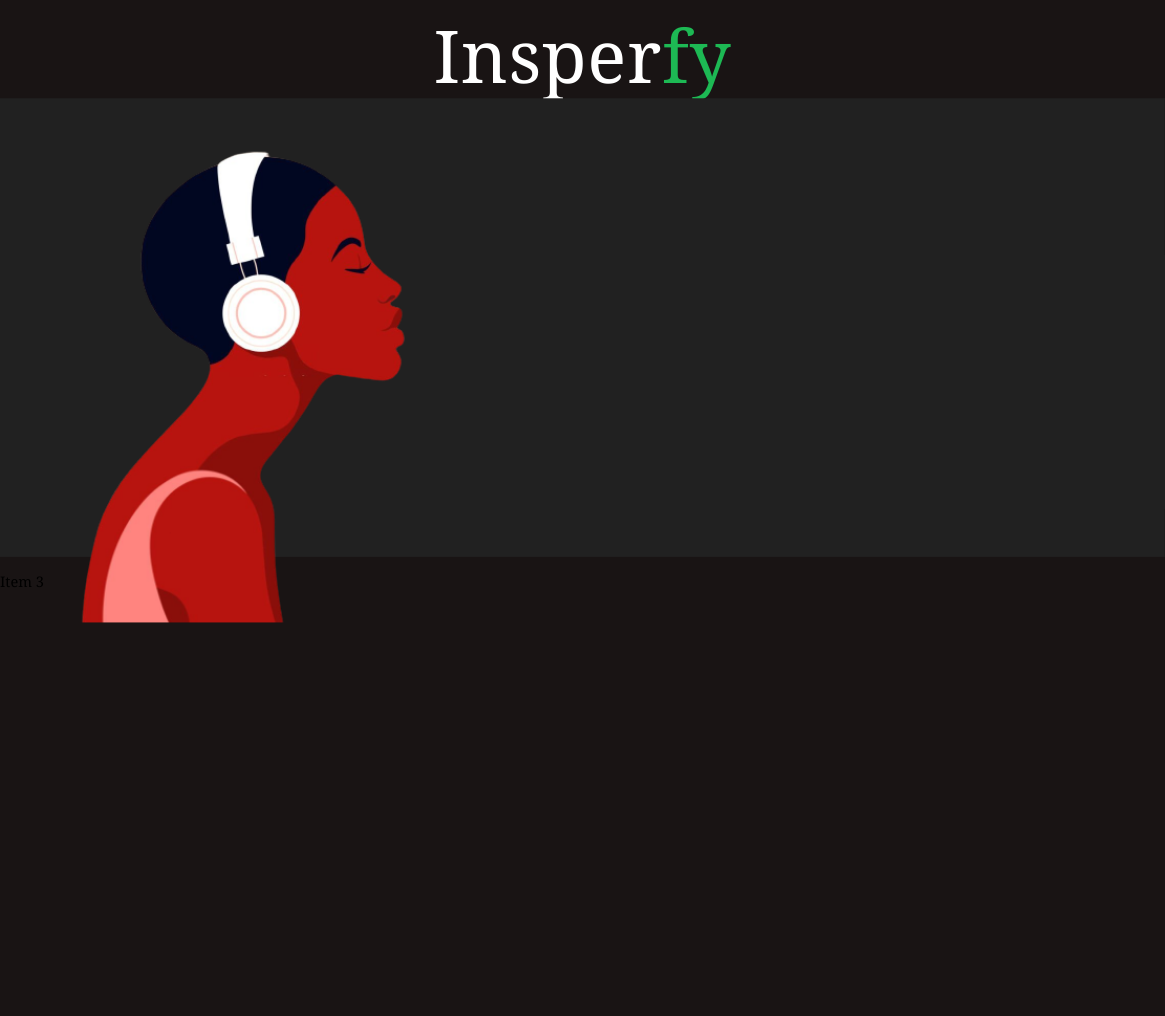
Repository: insper-tecnologias-web/projeto-3-projeto-3
Page: / (app in insperfy/)
An editor plug-in stored every save of this project. The page is shown before and after the next save, followed by the edit.
The browser window is 1280 px wide. The pictures show the whole page, at 91% of full size.
Some web fonts or font styles are not loaded; a fallback is used. The project was rebuilt for these pictures with package versions that can differ from the ones it lists, and the page was loaded fresh each time.

Above is the page before, as saved 2022-05-30 19:02:25.

After the next save:
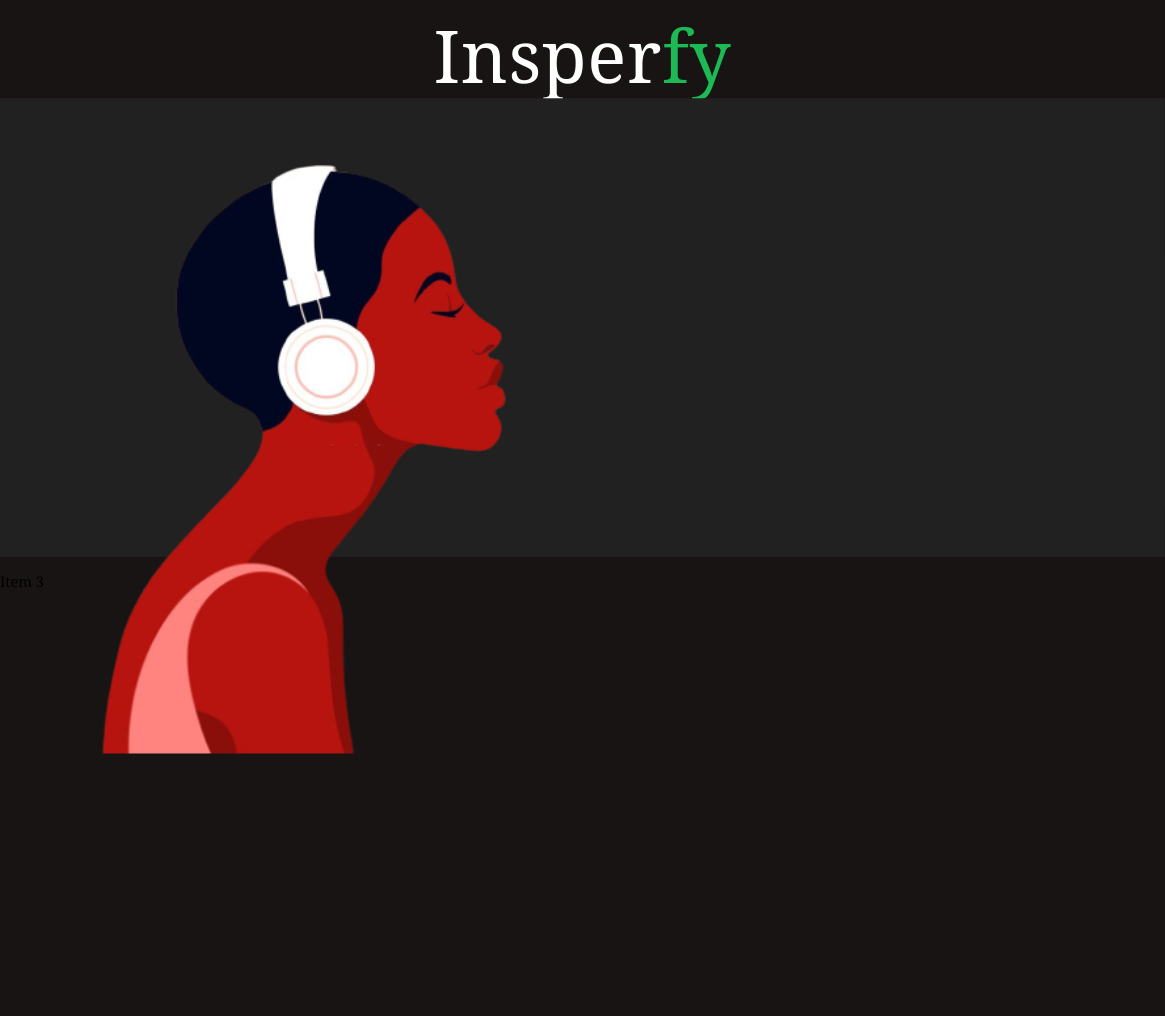
Saved 4 s later.
--- a/insperfy/src/components/Insperfy/paginaLogin.js
+++ b/insperfy/src/components/Insperfy/paginaLogin.js
@@ -15,7 +15,7 @@
 
                 <Grid item xs={12} sx={{ height: "70vh", backgroundColor: "var(--lighterBg)" }}>
                     <Grid item xs={6} sx={{ height: "100%"}}>
-                        <img src={imagem} style={{height: "80vh", position:"relative", bottom:0}}/>
+                        <img src={imagem} style={{height: "100vh", position:"relative", bottom:0}}/>
                     </Grid>
                     <Grid item xs={6} sx={{ height: "100%" }}>
 

After the 2 saves that followed:
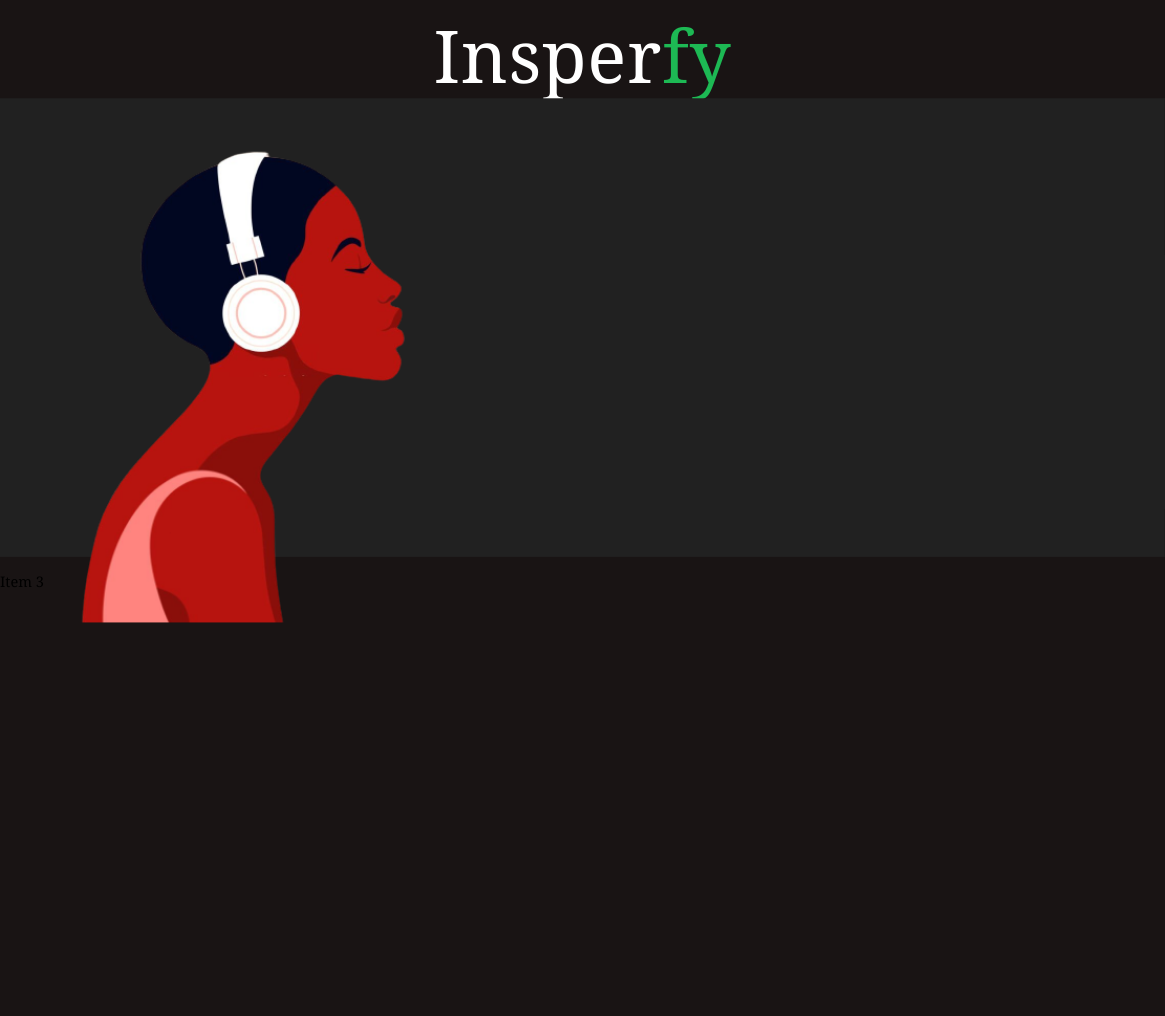
The 2 saves are shown as one change because they came seconds apart.
The last was saved 5 s later.
--- a/insperfy/src/components/Insperfy/paginaLogin.js
+++ b/insperfy/src/components/Insperfy/paginaLogin.js
@@ -15,7 +15,7 @@
 
                 <Grid item xs={12} sx={{ height: "70vh", backgroundColor: "var(--lighterBg)" }}>
                     <Grid item xs={6} sx={{ height: "100%"}}>
-                        <img src={imagem} style={{height: "100vh", position:"relative", bottom:0}}/>
+                        <img src={imagem} style={{height: "80vh", position:"relative", bottom:0}}/>
                     </Grid>
                     <Grid item xs={6} sx={{ height: "100%" }}>
 
